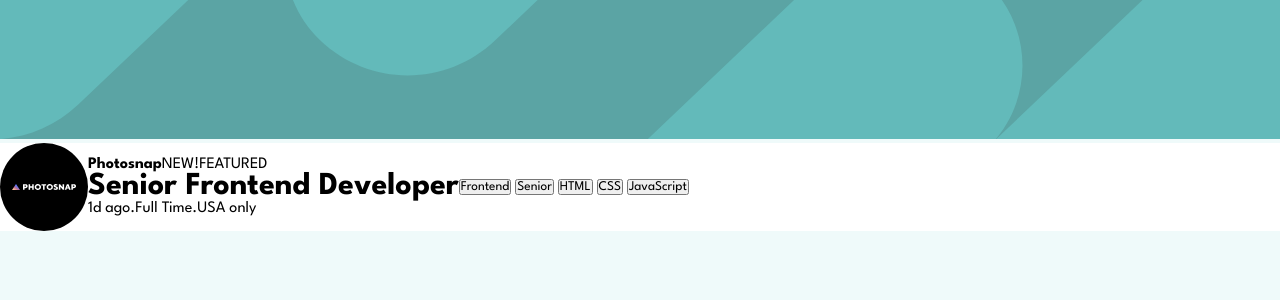
Repository: Eldream12/JobListing
Page: index.html
The author's editor kept a copy of each file at every save. The page is drawn from the files as they stood at one save, then again after a run of saves.
The browser window is 1280 px wide. The pictures show the whole page.

Above is the page before, as saved 2025-03-31 11:08:49.

After the next 2 saves:
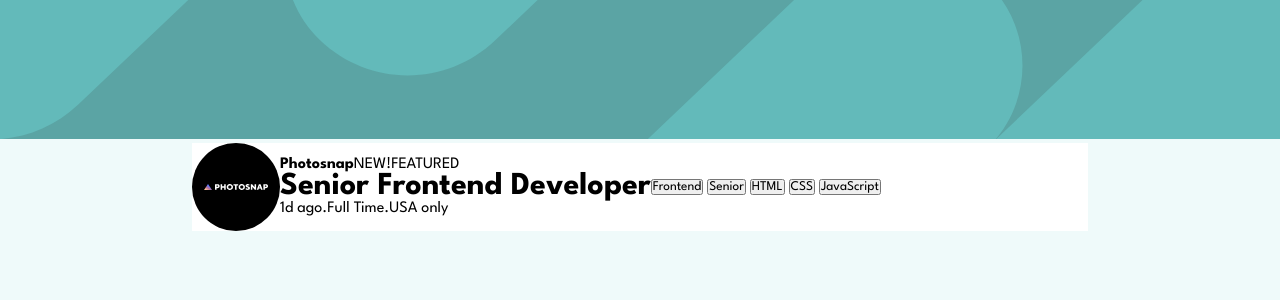
The 2 saves are shown as one change because they came seconds apart.
The last was saved 6 s later.
--- a/style/style.css
+++ b/style/style.css
@@ -33,5 +33,5 @@ header img {
 .content-carrier {
 	justify-content: center;
   margin: auto;
-  max
+  max-width: 70%;
 }
